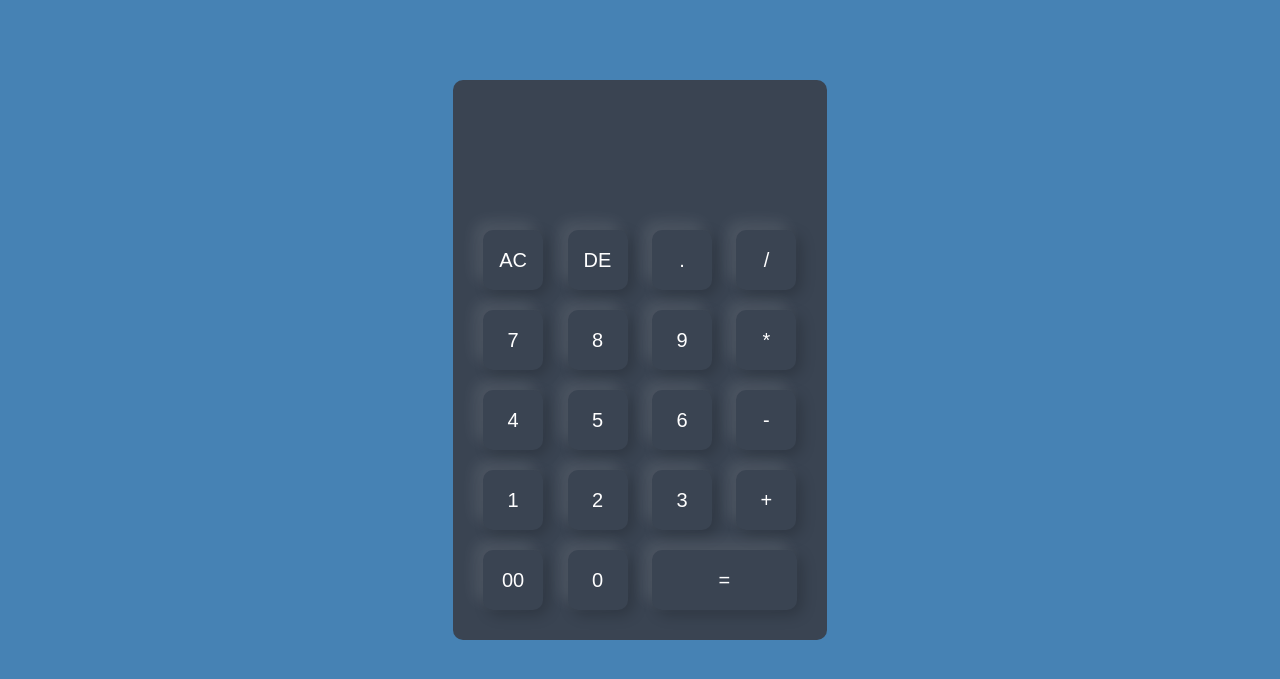
Repository: Anureet23/Calculator
Page: index.html
These files come from the project's save history. The page is drawn as it stood at one moment and after a run of saves; the edit follows.
The browser window is 1280 px wide. The pictures show the whole page.

Above is the page before, as saved 2023-02-07 23:03:28.

### index.html
<!DOCTYPE html>
<html>
    <head>
<meta name ="viewport" content="width=device-width,initial-scale=1.0">
<title>Calculator using JavaScript</title>
<link rel="stylesheet" href="style.css">
    </head>
    <body>
<div class="container">
<div class="calculator">
   <form>
       <div class="display">
           <input type="text" name ="display">
       </div>
       <div>
           <input type="button" value="AC">
           <input type="button" value="DE">
           <input type="button" value=".">
           <input type="button" value="/">
       </div>
       <div>
        <input type="button" value="7">
        <input type="button" value="8">
        <input type="button" value="9">
        <input type="button" value="*">
    </div>
    <div>
        <input type="button" value="4">
        <input type="button" value="5">
        <input type="button" value="6">
        <input type="button" value="-">
    </div>
    <div>
        <input type="button" value="1">
        <input type="button" value="2">
        <input type="button" value="3">
        <input type="button" value="+">
    </div>
    <div>
        <input type="button" value="00">
        <input type="button" value="0">
        <input type="button" value="=" class="equal">

    </div>
   </form>
</div>
</div>


    </body>
</html>

### style.css
*{
    margin:0;
    padding:0;
    font-family: 'Poppins',sans-serif;
    box-sizing: border-box;
}

.container{
    width: 100%;
    height:100vh;
    background:#4682B4;
    display:flex;
    align-items:center;
    justify-content: center;

}
.calculator{
    background:#3a4452;
    padding:20px;
    border-radius:10px;
}
.calculator form input{
    border:0;
    outline:0;
    width: 60px;
    height: 60px;
    border-radius:10px;
    box-shadow: -8px -8px 15px rgba(255,255,255,0.1), 5px 5px 15px rgba(0,0,0,0.2) ;
    background:transparent;
    font-size:20px;
    color:#fff;
    cursor:pointer;
    margin:10px;
}

form .display{
    display:flex;
    justify-content:flex-end;
    margin:20px 0;
}

form .display input {
    text-align:right;
    flex:1;
    font-size:45px;
    box-shadow:none;
}
form input.equal{
    width:145px;
}

After the next 2 saves:
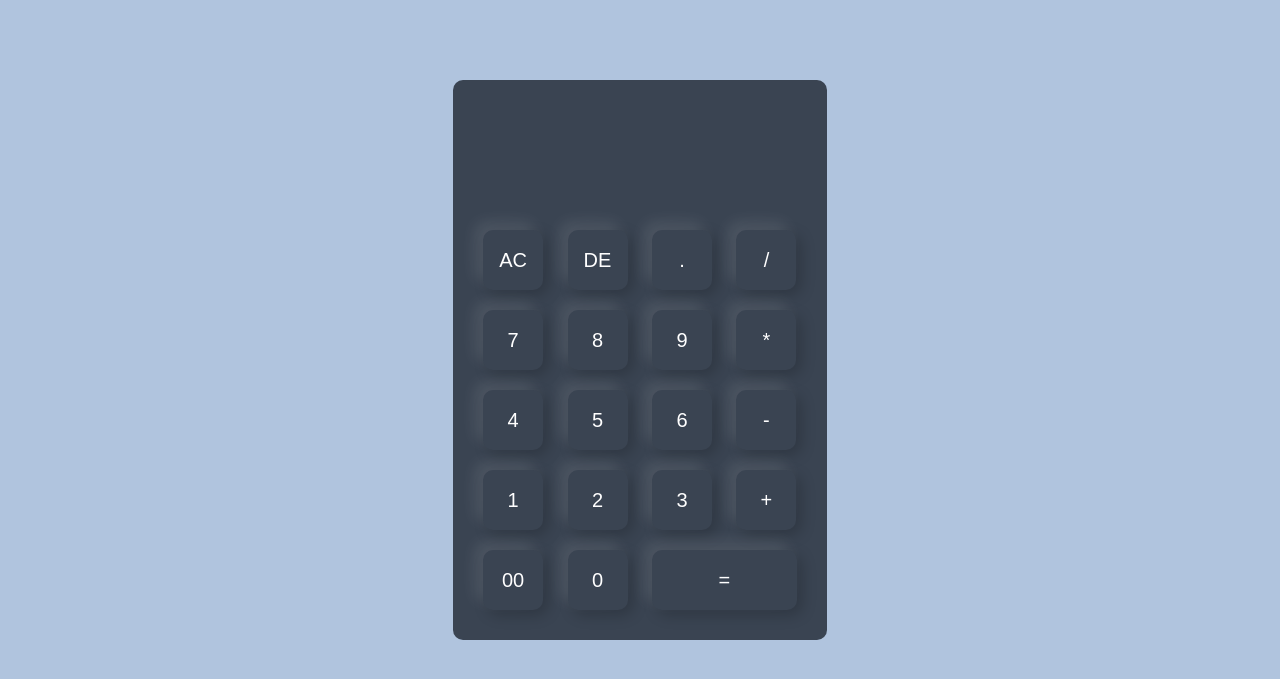
The 2 saves are shown as one change because they came seconds apart.
The last was saved 15 s later.
--- a/style.css
+++ b/style.css
@@ -8,7 +8,7 @@
 .container{
     width: 100%;
     height:100vh;
-    background:#4682B4;
+    background:#B0C4DE;
     display:flex;
     align-items:center;
     justify-content: center;
